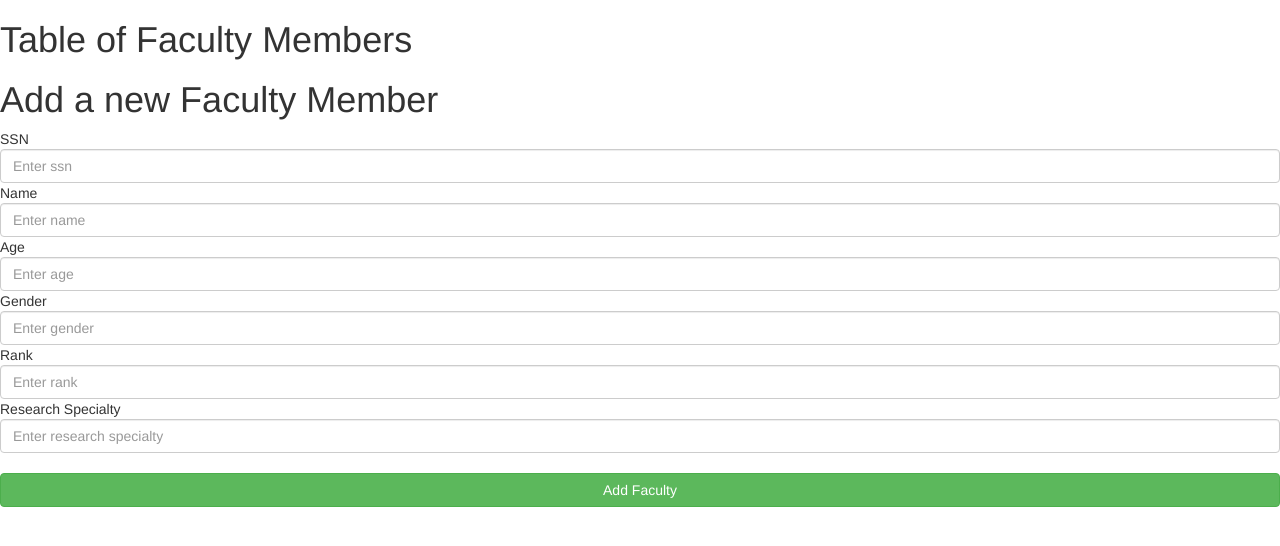
Repository: cpham19/DatabaseSite
Page: http://localhost/database/AddFaculty.jsp
The author's editor kept a copy of each file at every save. The page is drawn from the files as they stood at one save, then again after the next save.
The browser window is 1280 px wide. The pictures show the whole page.
The page is served by Tomcat 9.

Above is the page before, as saved 2017-07-30 04:39:35.

After the next save:
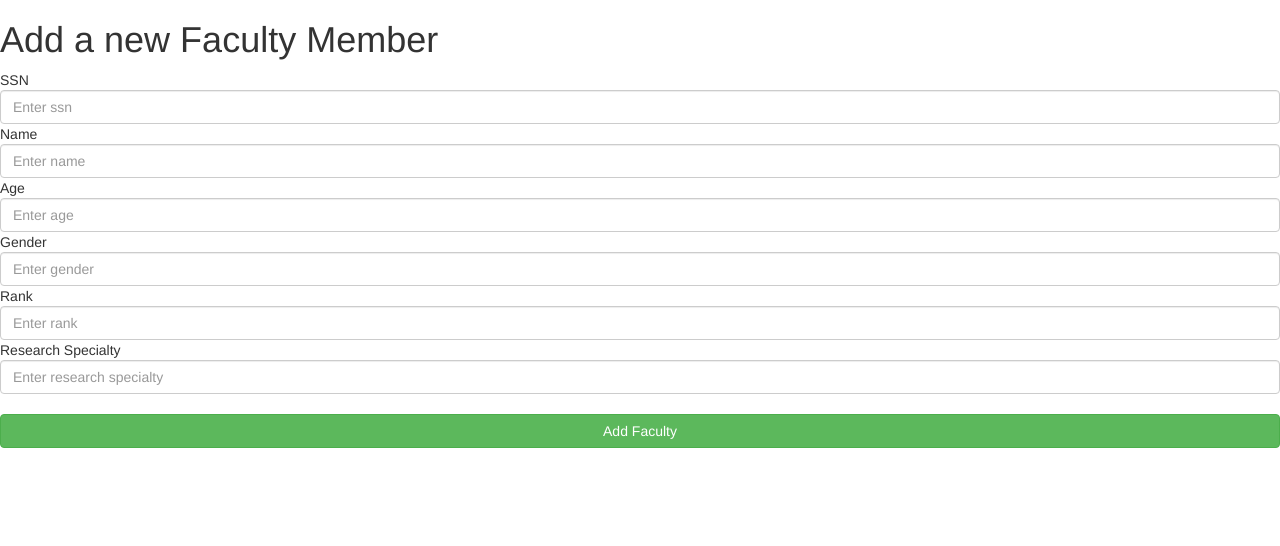
Saved 27 s later.
--- a/database/src/main/webapp/AddFaculty.jsp
+++ b/database/src/main/webapp/AddFaculty.jsp
@@ -9,8 +9,6 @@
 	<link rel="stylesheet" href="https://maxcdn.bootstrapcdn.com/bootstrap/3.3.7/css/bootstrap.min.css" integrity="sha384-BVYiiSIFeK1dGmJRAkycuHAHRg32OmUcww7on3RYdg4Va+PmSTsz/K68vbdEjh4u" crossorigin="anonymous">
 </head>
 <body>
-	<h1>Table of Faculty Members</h1>
-
 	<h1>Add a new Faculty Member</h1>
 	<form action="AddFaculty" method="post">
 		SSN <input type="text" class="form-control" id="ssn" name="ssn" placeholder="Enter ssn">
